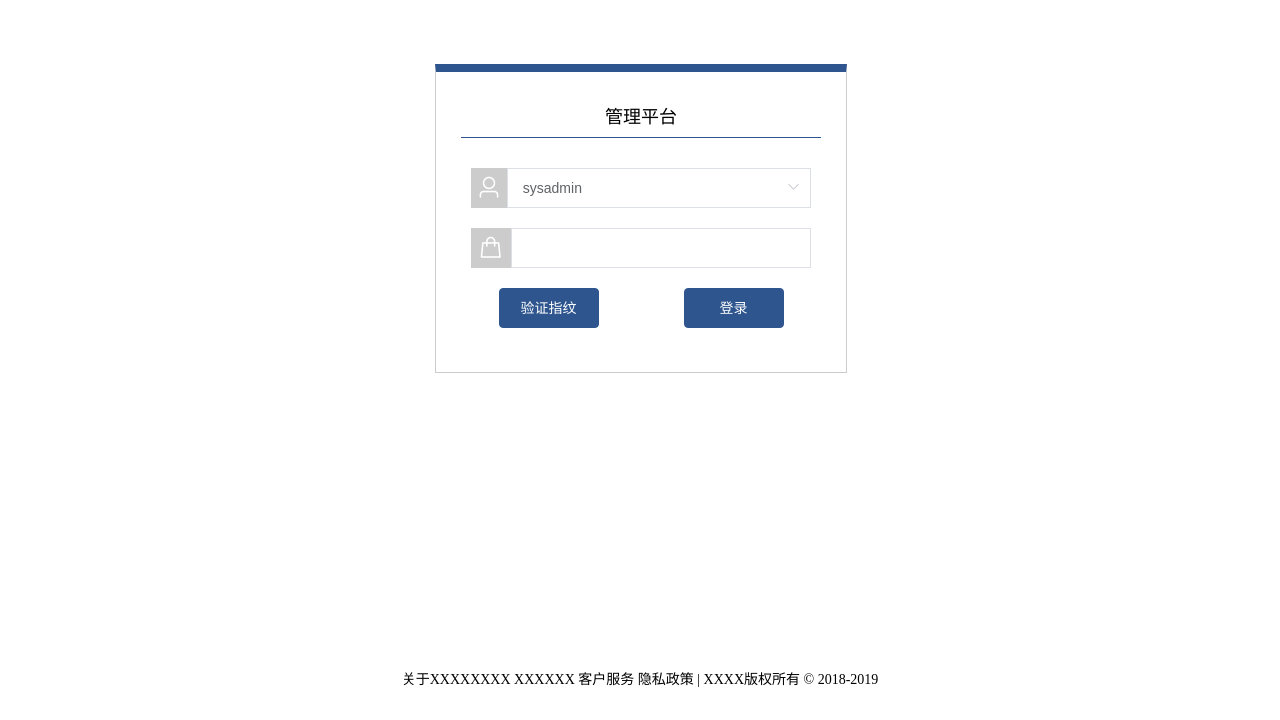
Repository: lff528/man_system
Page: /
The author's editor kept a copy of each file at every save. The page is drawn from the files as they stood at one save, then again after the next save.
The browser window is 1280 px wide. The pictures show the whole page.
The project was rebuilt for these pictures with package versions that can differ from the ones it lists, and the page was loaded fresh each time.

Above is the page before, as saved 2020-01-03 14:33:47.

### index.html
<!DOCTYPE html>
<html>
  <head>
    <meta charset="utf-8">
    <meta name="viewport" content="width=device-width,initial-scale=1.0">
    <title>emcsWebUI</title>
  </head>
  <body>
    <div id="app"></div>
    <!-- built files will be auto injected -->
  </body>
</html>

### src/main.js
// The Vue build version to load with the `import` command
// (runtime-only or standalone) has been set in webpack.base.conf with an alias.
import Vue from 'vue'
import App from './App'
import router from './router';
import ElementUI from 'element-ui';
import 'element-ui/lib/theme-chalk/index.css';
import "./assets/css/reset.css";
import './until/axios';
import store from './store'
Vue.use(ElementUI);
Vue.config.productionTip = false

/* eslint-disable no-new */
new Vue({
  el: '#app',
  router,
  store,
  components: { App },
  template: '<App/>'
})

### src/router/index.js
import Vue from 'vue'
import Router from 'vue-router'
import login from '@/components/login'
import routers from "../until/router"


Vue.use(Router)

let routerAll = {
  routes: [
    {
      path: '/',
      name: 'login',
      component: login
    },
    {
      path: '/main',
      name: 'main',
      component: resolve => require(['@/view/main'], resolve),
      children:[{
        path: '/',
        name: 'shouye',
        component: resolve => require(['@/view/main/shouye'], resolve),
      },
      {
        path: '/quanzhanzonglan',
        name: 'quanzhanzonglan',
        component: resolve => require(['@/view/footerNav/quanzhanzonglan'], resolve),
      },
      {
        path: '/quanzhanbaowen',
        name: 'quanzhanbaowen',
        component: resolve => require(['@/view/footerNav/quanzhanbaowen'], resolve),
      },
      {
        path: '/yuexianxinxi',
        name: 'yuexianxinxi',
        component: resolve => require(['@/view/footerNav/yuexianxinxi'], resolve),
      },
      {
        path: '/yichangshebei',
        name: 'yichangshebei',
        component: resolve => require(['@/view/footerNav/yichangshebei'], resolve),
      },
    ]
    }
  ]
}
routers.forEach((item=>{
  if(item.children){


  item.children.forEach((itemA)=>{
    routerAll.routes[1].children.push({
      path: itemA.path,
      name: itemA.name,
      component: itemA.component,
    })
  })
}
}))

// console.log(routerAll.routes[1].children)
const router = new Router(routerAll)


export default router

### src/assets/css/reset.css
html{
	color:#000;
	background:#FFF;
}
body, div, dl, dt, dd, ul, ol, li,h1, h2, h3, h4, h5, h6, pre, code,form, fieldset, legend, input, button,textarea, p, blockquote, th, td {
	margin: 0;
	padding: 0;
	font-size: 14px;
}
html,body{
	height: 100%;
	background-color: #0b2b4a;
}
fieldset, img{
	border:0;
}
input,select,textarea{
	outline:none;
}
textarea{
	resize:none;
}
a{
	text-decoration:none;
}
table {
	border-collapse:collapse;
	border-spacing:0;
}
address,
caption,
cite,
code,
dfn,
em,
strong,
th,
var {
	font-style:normal;
	font-weight:normal;
}

ol,
ul {
	list-style:none;
}
/*版心*/
.w {
	width: 1170px;
	margin: 0 auto;
}

/* 万能清除浮动*/
.clearfix{
	zoom:1;
}
.clearfix:after{
    content: '';
    display:block;
    clear:both;
}

.left {
	float: left;
}

.right {
	float: right;
}

### src/until/axios.js
import Vue from "vue";
import axios from "axios";
//impotrt store from "../";

axios.defaults.withCredentials = true;
axios.defaults.baseURL="";
//axios.defaults.baseURL = envObject && envObject[Process.env.NODE.ENV] || "";
// const pref = axios.defaults.baseURL;
// if(process.env.NODE.ENV =="dev"){
//     axios.defaults.baseURL = "http://192.168.0.21;8080";
// }
axios.interceptors.request.use((req)=>{
    Response.headers["token"] = Vue.cookie("token") //请求头添加token
    return req;
},(error)=>Promise.reject(error));
//待续
axios.interceptors.response.use(
    function(response){
        if(response.data.errCode == 400){
            //登录失效，需要重新登录的代码

        }
    },
    function(error){
        return Promise.reject(error)
    }

    //切换分支改的
)

### src/store/index.js
import Vue from 'vue';
import Vuex from 'vuex';
Vue.use(Vuex);

const state = {

}
const getters={
    renderCollects(state){ //承载变化的collects
      return state.collects;
    }
};
const mutations={
    pushCollects(state,items){ //如何变化collects,插入items
        state.collects.push(items)
    }
};
const actions={
    invokePushItems(context,item){ //触发mutations里面的pushCollects ,传入数据形参item 对应到items
        context.commit('pushCollects',item);
    }
};
const store = new Vuex.Store({
    state,
    getters,
    mutations,
    actions
});

export default store;

### src/components/login/index.vue
<template>
  <div class="login">
     <div class="login_header" :style="{height:curHeight+'px'}">
       <div class="main">
           <p class="main_title">管理平台</p>
          <div class="from_box">
              <p class="user_p">
                <span class="el-icon-user"></span>
                <!-- <el-select v-model="form.name" >
                  <el-option label="区域一" value="shanghai"></el-option>
                  <el-option label="区域二" value="beijing"></el-option>
                </el-select> -->
                <el-select v-model="form.name" placeholder="请选择">
                  <el-option
                    v-for="item in userArr"
                    :key="item.value"
                    :label="item.label"
                    :value="item.value">
                  </el-option>
                </el-select>
              </p>
              <p class="user_p">
                <span class="el-icon-goods" style="width:45px"></span>
                <el-input v-model="form.password"></el-input>
              </p>
              <p>
                 <el-button type="primary"  @click="onSubmit">验证指纹</el-button>
                 <el-button type="primary" @click="onSubmit">登录</el-button>
              </p>
          </div>
       </div>

     </div>
     <p class="login_footer">关于XXXXXXXX XXXXXX 客户服务 隐私政策 | XXXX版权所有 © 2018-2019</p>
  </div>
</template>

<script>
export default {
  name: 'login',
  data () {
    return {
      curHeight:window.innerHeight - 80,
      form:{
        name:"1",
        password:''
      },
      userArr:[
        {
          value: '1',
          label: 'sysadmin'
        },{
          value: '2',
          label: 'user2'
        },{
          value: '3',
          label: 'admin'
        }

      ]
    }
  },
  methods:{
    onSubmit(){
      if(this.form.name == "" || this.form.password==""){
        this.$message('用户名或密码不能为空');
        return
      }
      this.$router.push('/main');

    }
  },
  mounted(){
    let that = this;
    window.onresize = function windowResize () {
       that.curHeight = window.innerHeight - 80;
    }
  },
  // beforeMount(height) {
  //     var h = document.documentElement.clientHeight || document.body.clientHeight;
  //     const that = this
  //       window.onresize = () => {
  //         return (() => {
  //          var h = document.documentElement.clientHeight || document.body.clientHeight;
  //           that.curHeight =h - 80; //减去页面上固定高度height
  //         })()
  //       }
  // },
}
</script>

<!-- Add "scoped" attribute to limit CSS to this component only -->
<style >
  .login .el-input__inner{
    border-radius: 0;
  }
  .login .el-button--primary{
    background: #2e558e;
    border-color: #2e558e;
    width: 100px;
  }
  .login .el-select{
    width: 100%;
  }
</style>
<style scoped lang="less">

  .login{
      .login_header{
        background: white;
        .main{
          width: 360px;
          height: 250px;
          border: 1px solid #ccc;
          position: relative;
          left: 50%;
          margin-left: -205px;
          top: 10%;
          padding: 25px;
          background: white;
          border-top: 8px solid #2e558e;
          .main_title{
            height: 40px;
            text-align: center;
            line-height: 40px;
            border-bottom: 1px solid #2e558e;
            font-size: 18px;
            font-family: "\5FAE\8F6F\96C5\9ED1"
          }
          .from_box{
            p{
              margin-top: 20px;
              display: flex;
              span:first-child{
                display: inline-block;
                width: 40px;
                height: 40px;
                background: #ccc;
                font-size: 25px;
                line-height: 40px;
                text-align: center;
                color: white;
              }

            }
            p:first-child{
              margin-top: 30px;
            }
            .user_p{
              margin-left: 10px;
              margin-right: 10px;
            }
            p:last-child{
              display: flex;
              justify-content: space-around;
            }
          }
        }
      }
      .login_footer{
        height: 80px;
        line-height: 80px;
        text-align: center;
        background: white;
      }
  }
</style>

### src/until/router.js
let routers = [

    {
        title:"消防系统",
        icon:"el-icon-menu",
        children:[
            {
              icon:"el-icon-menu",
                path: '/xiaofangjiankong',
                name: 'xiaofangjiankong',
                component: resolve => require(['@/view/xiaofang/xiaofangjiankong'], resolve),
                title:'消防监控'
              },
              {
                path: '/huozaibaojing',
                name: 'huozaibaojing',
                component: resolve => require(['@/view/xiaofang/huozaibaojing'], resolve),
                title:'火灾报警系统'
              },
              {
                path: '/qitimiehuo',
                name: 'qitimiehuo',
                component: resolve => require(['@/view/xiaofang/qitimiehuo'], resolve),
                title:'气体灭火系统'
              },
              {
                path: '/xiaohuoshuan',
                name: 'xiaohuoshuan',
                component: resolve => require(['@/view/xiaofang/xiaohuoshuan'], resolve),
                title:'消火栓系统'
              },
              {
                path: '/miehuoqipeizhi',
                name: 'miehuoqipeizhi',
                component: resolve => require(['@/view/xiaofang/miehuoqipeizhi'], resolve),
                title:'灭火器配置'
              },
              {
                path: '/yingjizhaoming',
                name: 'yingjizhaoming',
                component: resolve => require(['@/view/xiaofang/yingjizhaoming'], resolve),
                title:'应急照明及疏散指示灯系统'
              },
              {
                path: '/paizhuzhudan',
                name: 'paizhuzhudan',
                component: resolve => require(['@/view/xiaofang/paizhuzhudan'], resolve),
                title:'变压器排油注氮'
              },
              {
                path: '/shuipenwumiehuo',
                name: 'shuipenwumiehuo',
                component: resolve => require(['@/view/xiaofang/shuipenwumiehuo'], resolve),
                title:'变压器水喷雾灭火'
              }
        ]
    },
    {
        title:"安全防范",
        icon:"el-icon-menu",
        children:[
            {
                path: '/anquanfangfan',
                name: 'anquanfangfan',
                component: resolve => require(['@/view/anquanfangfan/anquanfangfan'], resolve),
                title:'安全防范系统'
              },
              {
                path: '/binadianzhanZj',
                name: 'binadianzhanZj',
                component: resolve => require(['@/view/anquanfangfan/binadianzhanZj'], resolve),
                title:'变电站周界系统'
              },
              {
                path: '/shineihongwaiSj',
                name: 'shineihongwaiSj',
                component: resolve => require(['@/view/anquanfangfan/shineihongwaiSj'], resolve),
                title:'室内红外双鉴系统'
              },
              {
                path: '/menjinkongzhi',
                name: 'menjinkongzhi',
                component: resolve => require(['@/view/anquanfangfan/menjinkongzhi'], resolve),
                title:'门禁控制系统'
              },
              {
                path: '/menjinjilu',
                name: 'menjinjilu',
                component: resolve => require(['@/view/anquanfangfan/menjinjilu'], resolve),
                title:'门禁记录系统'
              },

        ]
    },
    {
      title:"在线监测",
      icon:"el-icon-menu",
      children:[
          {
              path: '/zaixianjiance',
              name: 'zaixianjiance',
              component: resolve => require(['@/view/zaixianjiance/zaixianjiance'], resolve),
              title:'在线监测主界面'
            },
            {
              path: '/yousepu',
              name: 'yousepu',
              component: resolve => require(['@/view/zaixianjiance/yousepu'], resolve),
              title:'油色谱在线监测'
            },
            {
              path: '/zhubianjufang',
              name: 'zhubianjufang',
              component: resolve => require(['@/view/zaixianjiance/zhubianjufang'], resolve),
              title:'主变局放在线监测'
            },
            {
              path: '/GISjufang',
              name: 'GISjufang',
              component: resolve => require(['@/view/zaixianjiance/GISjufang'], resolve),
              title:'GIS局放在线监测'
            },
            {
              path: '/bileiqi',
              name: 'bileiqi',
              component: resolve => require(['@/view/zaixianjiance/bileiqi'], resolve),
              title:'避雷器在线监测'
            },
            {
              path: '/GISqishi',
              name: 'GISqishi',
              component: resolve => require(['@/view/zaixianjiance/GISqishi'], resolve),
              title:'GIS气室SF6压力监测'
            },
            {
              path: '/shineiSF6qiti',
              name: 'shineiSF6qiti',
              component: resolve => require(['@/view/zaixianjiance/shineiSF6qiti'], resolve),
              title:'室内SF6气体泄漏监测'
            },

      ]
    },
    {
      title:"给排水系统",
      icon:"el-icon-menu",
      children:[
          {
              path: '/jipaishui',
              name: 'jipaishui',
              component: resolve => require(['@/view/jipaishui/jipaishui'], resolve),
              title:'给排水系统主界面'
            },
            {
              path: '/jishui',
              name: 'jishui',
              component: resolve => require(['@/view/jipaishui/jishui'], resolve),
              title:'给水系统'
            },
            {
              path: '/paishui',
              name: 'paishui',
              component: resolve => require(['@/view/jipaishui/paishui'], resolve),
              title:'排水系统'
            },
            {
              path: '/yuzhishezhi',
              name: 'yuzhishezhi',
              component: resolve => require(['@/view/jipaishui/yuzhishezhi'], resolve),
              title:'阈值设置'
            },
      ]
    },
    {
      title:"环境监控",
      icon:"el-icon-menu",
      children:[
          {
              path: '/huanjingjiankong',
              name: 'huanjingjiankong',
              component: resolve => require(['@/view/huanjingjiankong/huanjingjiankong'], resolve),
              title:'环境监控系统'
            },
            {
              path: '/kongtiaonuantong',
              name: 'kongtiaonuantong',
              component: resolve => require(['@/view/huanjingjiankong/kongtiaonuantong'], resolve),
              title:'空调暖通系统'
            },
            {
              path: '/shengchanzonghelou',
              name: 'shengchanzonghelou',
              component: resolve => require(['@/view/huanjingjiankong/shengchanzonghelou'], resolve),
              title:'生产综合楼'
            },
            {
              path: '/zhanquqixiang',
              name: 'zhanquqixiang',
              component: resolve => require(['@/view/huanjingjiankong/zhanquqixiang'], resolve),
              title:'站区气象'
            },

      ]
    },
    {
      title:"照明控制",
      icon:"el-icon-menu",
      children:[
          {
              path: '/zhaomingkongzhi',
              name: 'zhaomingkongzhi',
              component: resolve => require(['@/view/zhaomingkongzhi/zhaomingkongzhi'], resolve),
              title:'照明控制系统'
            },
            {
              path: '/shengchanzonghelou',
              name: 'shengchanzonghelou',
              component: resolve => require(['@/view/zhaomingkongzhi/shengchanzonghelou'], resolve),
              title:'生产综合楼系统'
            },
      ]
    },
    {
      title:"智能联动",
      icon:"el-icon-menu",
      children:[
          {
              path: '/liandongpeizhi',
              name: 'liandongpeizhi',
              component: resolve => require(['@/view/zhinengliandong/liandongpeizhi'], resolve),
              title:'联动配置'
            },
            {
              path: '/liandongxinxi',
              name: 'liandongxinxi',
              component: resolve => require(['@/view/zhinengliandong/liandongxinxi'], resolve),
              title:'联动信息'
            },
      ]
    },
    {
      title:"智能锁控",
      icon:"el-icon-menu",
      children:[
          {
            path: '/zhinengsuokong',
            name: 'zhinengsuokong',
            component: resolve => require(['@/view/zhinengsuokong/zhinengsuokong'], resolve),
            title:'智能锁控首页'
          },
          {
            path: '/renwushouquan',
            name: 'renwushouquan',
            component: resolve => require(['@/view/zhinengsuokong/renwushouquan'], resolve),
            title:'任务授权'
          },
          {
            path: '/lishichaxun',
            name: 'lishichaxun',
            component: resolve => require(['@/view/zhinengsuokong/lishichaxun'], resolve),
            title:'历史查询'
          },
          {
            path: '/suokongquanxianshezhi',
            name: 'suokongquanxianshezhi',
            component: resolve => require(['@/view/zhinengsuokong/suokongquanxianshezhi'], resolve),
            title:'锁控权限设置'
          }
      ]
    },
    {
      title:"系统配置",
      icon:"el-icon-menu",
      children:[
          {
            path: '/yonghuguanli',
            name: 'yonghuguanli',
            component: resolve => require(['@/view/xitongpeizhi/yonghuguanli'], resolve),
            title:'用户管理'
          },
          {
            path: '/caidanguanli',
            name: 'caidanguanli',
            component: resolve => require(['@/view/xitongpeizhi/caidanguanli'], resolve),
            title:'菜单管理'
          },
          {
            path: '/jueseguanli',
            name: 'jueseguanli',
            component: resolve => require(['@/view/xitongpeizhi/jueseguanli'], resolve),
            title:'角色管理'
          },
          {
            path: '/zuzhijiagou',
            name: 'zuzhijiagou',
            component: resolve => require(['@/view/xitongpeizhi/zuzhijiagou'], resolve),
            title:'组织架构管理'
          },
          {
            path: '/zhanduanweihu',
            name: 'zhanduanweihu',
            component: resolve => require(['@/view/xitongpeizhi/zhanduanweihu'], resolve),
            title:'站端维护'
          },
          {
            path: '/quyuguanli',
            name: 'quyuguanli',
            component: resolve => require(['@/view/xitongpeizhi/quyuguanli'], resolve),
            title:'区域管理'
          },
          {
            path: '/shebeiguanli',
            name: 'shebeiguanli',
            component: resolve => require(['@/view/xitongpeizhi/shebeiguanli'], resolve),
            title:'设备管理'
          },
          {
            path: '/shebeishujumoban',
            name: 'shebeishujumoban',
            component: resolve => require(['@/view/xitongpeizhi/shebeishujumoban'], resolve),
            title:'设备数据模板配置'
          },
          {
            path: '/shebeibushu',
            name: 'shebeibushu',
            component: resolve => require(['@/view/xitongpeizhi/shebeibushu'], resolve),
            title:'设备部署'
          },
          {
            path: '/xitongshezhi',
            name: 'xitongshezhi',
            component: resolve => require(['@/view/xitongpeizhi/xitongshezhi'], resolve),
            title:'系统设置'
          }
      ]
    }
]
export default routers

Loaded but not shown: src/App.vue (common file)

After the next save:
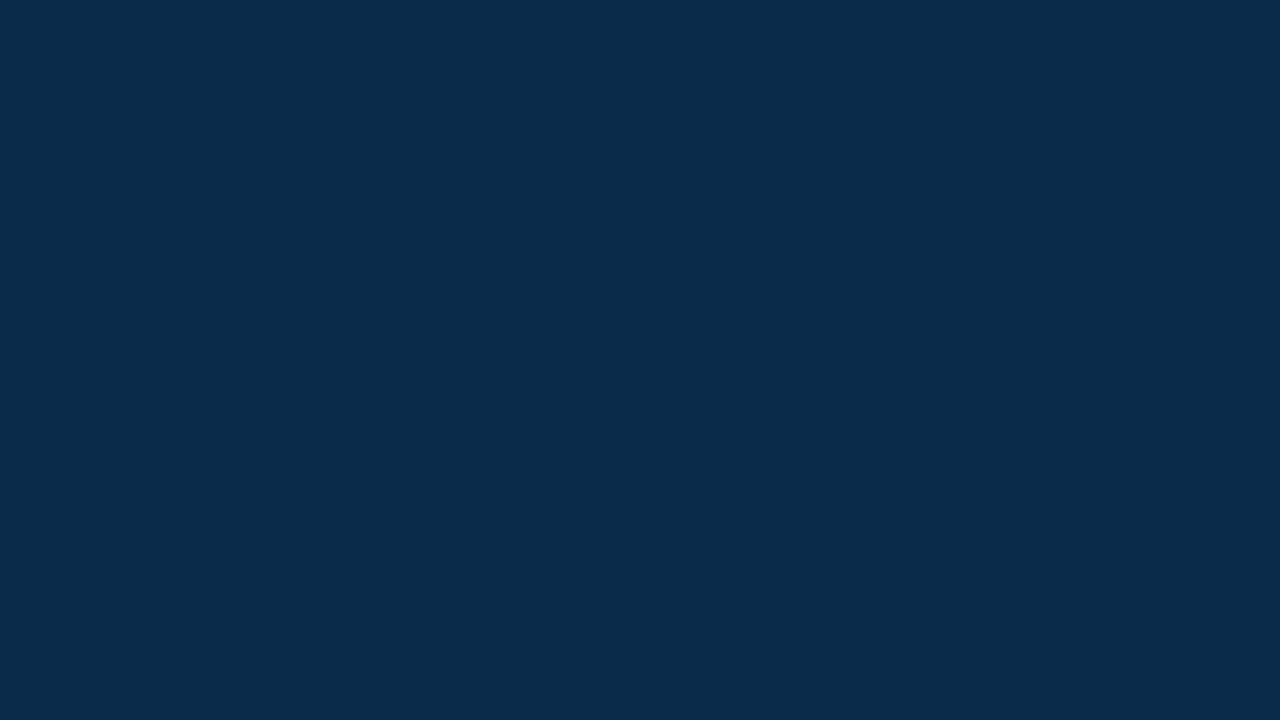
Console error: ReferenceError: collects is not defined
Saved 24 s later.
--- a/src/store/index.js
+++ b/src/store/index.js
@@ -3,7 +3,7 @@
 Vue.use(Vuex);
 
 const state = {
-
+    collects
 }
 const getters={
     renderCollects(state){ //承载变化的collects

After the save that followed:
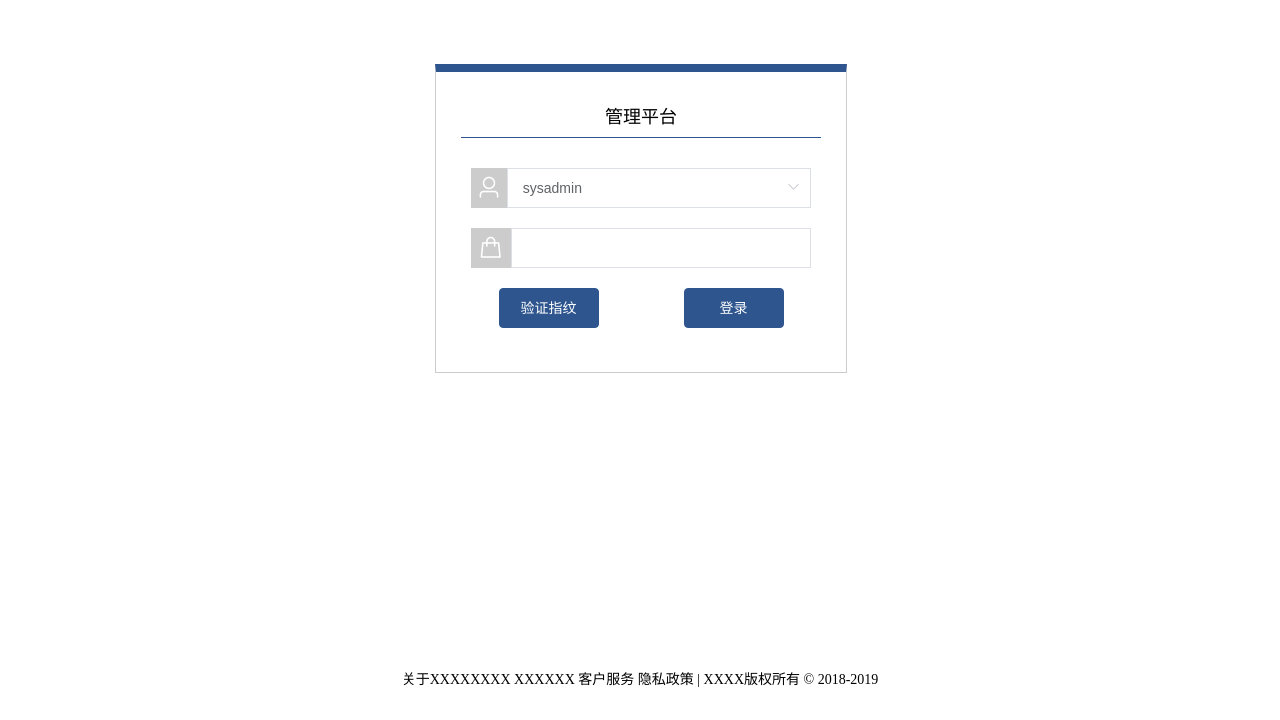
The error is gone.
Saved 75 s later.
--- a/src/store/index.js
+++ b/src/store/index.js
@@ -3,7 +3,7 @@
 Vue.use(Vuex);
 
 const state = {
-    collects
+    collects:'',
 }
 const getters={
     renderCollects(state){ //承载变化的collects
